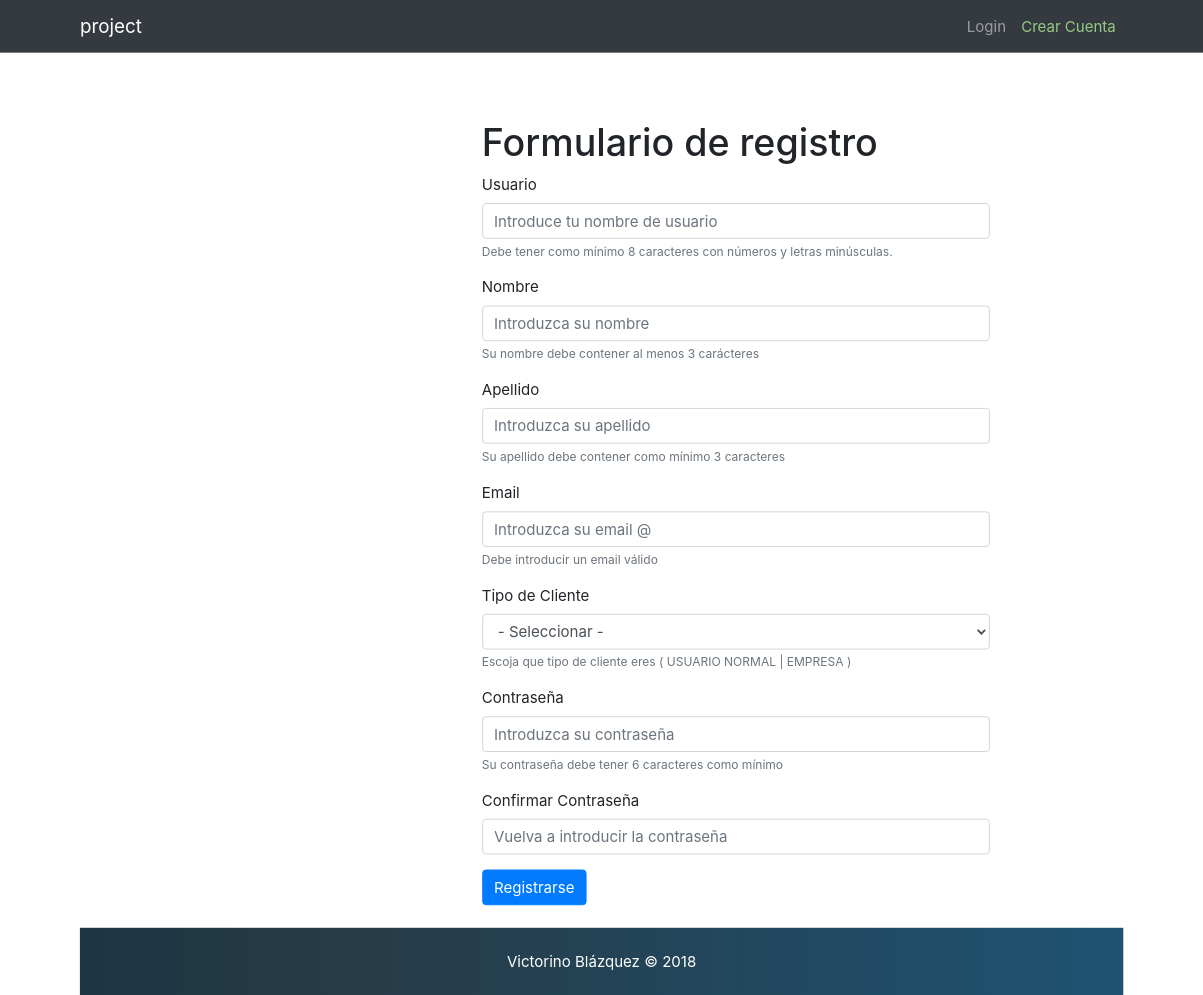
Repository: VictorinoBF97/ProjectPHP
Page: http://localhost/project/register/index.php
The author's editor kept a copy of each file at every save. The page is drawn from the files as they stood at one save, then again after the next save.
The browser window is 1280 px wide. The pictures show the whole page, at 94% of full size.
The page is run by PHP 8.4 with error messages shown; the project is at /var/www/html/.

Above is the page before, as saved 2018-11-18 10:03:20.

### register/index.php
<?php

if(isset($_POST['register'])){
    // Cargar datos del formulario
    $name = $_POST['name'] ?? null;
    $email = $_POST['email'] ?? null;
    $password = $_POST['password'] ?? null;
    $password_confirmation = $_POST['password_confirmation'] ?? null;

    $errores=[];

    //Validar los datos
            // username:
            if ( empty($name) ){
                $errors['name']['empty'] = "Debes introducir un nombre.";
                $name = null;
            }
            if ( strlen($name) < 8 ) {
                $errors['username']['length'] = "El nombre de usuario debe tener al menos 8 caracteres.";
                $name = null;
            }
            if ( !preg_match("/[0-9a-z]+/",$name) ){
                $errors['username']['format'] = "La contraseña solo admite números y letras minúsculas.";
                $name = null;
            }

            // email:
            if ( empty($email) ){
                $errors['email']['empty'] = "Debes introducir un email.";
                $email = null;
            }
            if( !filter_var($email, FILTER_VALIDATE_EMAIL) ){
                $errors['email']['format'] = "Debes introducir un email válido.";
                $email = null;
            }

            // password:
            if ( empty($password) ){
                $errors['password']['empty'] = "Debes facilitar una contraseña.";
            }

            if ( strlen($password) < 6 ) {
                $errors['password']['length'] = "La contraseña debe tener al menos 6 caracteres.";
            }
            if ( empty($password_confirmation) ){
                $errors['passwordconf']['empty'] = "Debes confirmar la contraseña.";
            }
            if ( $password != $password_confirmation ){
                $errors['password_confirmation']['match'] = "Las contraseñas no coinciden.";
            }

    if (!empty($errores)){
        var_dump($errores);
        require_once 'register.view.php';
    }
}else{

    //Mostrar el formulario
    require_once 'register.view.php';
}

### register/register.view.php
<?php
    require_once '../setup.php';
    require_once '../includes/header.php';
?>
<div class="container">
    <div class="row justify-content-center mt-5">
        <div class="offset-3 col-6 pt-4 pb-4">
            <h1>Formulario de registro</h1>
            <form action="" method="POST">

            <!--NOMBRE USUARIO-->
            <div class="form-group">
                        <label for="username">Usuario</label>
                        <input type="text" class="form-control <?=(isset($errores["username"]))?"is-invalid":"";?>"id="username" name="username" aria-describedby="nameHelp" placeholder="Introduce tu nombre de usuario">
                        <small id="userHelp" class="form-text text-muted">Debe tener como mínimo 8 caracteres con números y letras minúsculas.</small>

                        <!-- MENSAJE DE ERROR -->
                        <?php if(isset($errores["username"])): ?>
                            <div class="invalid-feedback">
                                <ul>
                                    <?php foreach($errores["username"] as $message): ?>
                                        <li><?=$message?></li>
                                    <?php endforeach; ?>
                                </ul>
                            </div>
                        <?php endif; ?>
                    </div>

            <!-- NOMBRE DEL CLIENTE-->
            <div class="form-group">
                        <label for="name">Nombre</label>
                        <input type="text" class="form-control <?=(isset($errores["name"]))?"is-invalid":"";?>"id="name" name="name" aria-describedby="nameHelp" placeholder="Introduzca su nombre">
                        <small id="nameHelp" class="form-text text-muted">Su nombre debe contener al menos 3 carácteres </small>

                        <!-- MENSAJE DE ERROR -->
                        <?php if(isset($errores["name"])): ?>
                            <div class="invalid-feedback">
                                <ul>
                                    <?php foreach($errores["name"] as $message): ?>
                                        <li><?=$message?></li>
                                    <?php endforeach; ?>
                                </ul>
                            </div>
                        <?php endif; ?>
                    </div>

            <!-- APELLIDO DEL CLIENTE-->
            <div class="form-group">
                        <label for="surname">Apellido</label>
                        <input type="text" class="form-control <?=(isset($errores["surname"]))?"is-invalid":"";?>"id="surname" name="surname" aria-describedby="nameHelp" placeholder="Introduzca su apellido">
                        <small id="emailHelp" class="form-text text-muted">Su apellido debe contener como mínimo 3 caracteres </small>

                        <!-- MENSAJE DE ERROR -->
                        <?php if(isset($errores["surname"])): ?>
                            <div class="invalid-feedback">
                                <ul>
                                    <?php foreach($errores["surname"] as $message): ?>
                                        <li><?=$message?></li>
                                    <?php endforeach; ?>
                                </ul>
                            </div>
                        <?php endif; ?>
                    </div>

            <!-- EMAIL DE CONTACTO -->
            <div class="form-group">
                        <label for="email">Email</label>
                        <input type="email" class="form-control <?=(isset($errores["email"]))?"is-invalid":"";?>" id="email" name="email" aria-describedby="emailHelp" placeholder="Introduzca su email @">
                        <small id="emailHelp" class="form-text text-muted">Debe introducir un email válido</small>

                        <!-- MENSAJE DE ERROR -->
                        <?php if(isset($errores["email"])): ?>
                            <div class="invalid-feedback">
                                <ul>
                                    <?php foreach($errores["email"] as $message): ?>
                                        <li><?=$message?></li>
                                    <?php endforeach; ?>
                                </ul>
                            </div>
                        <?php endif; ?>
                    </div>

            <!-- TIPO DE CUENTA -->
            <div class="form-group">
                        <label for="cuenta">Tipo de Cliente</label>
                        <select class="form-control <?=(isset($errores["cuenta"]))?"is-invalid":"";?>" id="cuenta" name="cuenta" aria-describedby="cuentaHelp">
                            <option value="">- Seleccionar -</option>
                            <option value="N">Usuario normal</option>
                            <option value="E">Empresa</option>
                        </select>
                        <small id="cuentaHelp" class="form-text text-muted">Escoja que tipo de cliente eres ( USUARIO NORMAL | EMPRESA )</small>
                        <?php if(isset($errores["cuenta"])): ?>
                            <div class="invalid-feedback">
                                <ul>
                                    <?php foreach($errores["cuenta"] as $message): ?>
                                        <li><?=$message?></li>
                                    <?php endforeach; ?>
                                </ul>
                            </div>
                        <?php endif; ?>
                    </div>

            <!-- CONTRASEÑA -->
            <div class="form-group">
                        <label for="password">Contraseña</label>
                        <input type="password" class="form-control <?=(isset($errores["password"]))?"is-invalid":"";?>" id="password" name="password" placeholder="Introduzca su contraseña">
                        <small id="passwordHelp" class="form-text text-muted">Su contraseña debe tener 6 caracteres como mínimo</small>
                        <?php if(isset($errores["password"])): ?>
                            <div class="invalid-feedback">
                                <ul>
                                    <?php foreach($errores["password"] as $message): ?>
                                        <li><?=$message?></li>
                                    <?php endforeach; ?>
                                </ul>
                            </div>
                        <?php endif; ?>
                    </div>

            <!-- CONFIRMACION DE LA CONTRASEÑA -->
            <div class="form-group">
                        <label for="password_confirmation">Confirmar Contraseña</label>
                        <input type="password" class="form-control <?=(isset($errores["password_confirmation"]))?"is-invalid":"";?>" id="password_confirmation" name="password_confirmation" placeholder="Vuelva a introducir la contraseña">
                        <?php if(isset($errores["password_confirmation"])): ?>
                            <div class="invalid-feedback">
                                <ul>
                                    <?php foreach($errores["password_confirmation"] as $message): ?>
                                        <li><?=$message?></li>
                                    <?php endforeach; ?>
                                </ul>
                            </div>
                        <?php endif; ?>
                    </div>





            <button type="submit" name="registro" class="btn btn-primary">Registrarse</button>
        </form>
    </div>
</div>
<!-- END BODY -->
<?php require_once '../includes/footer.php'; ?>

### setup.php
<?php
//Construimos la URL
//TAREA: AÑADIR SOPORTE PARA EL PUERTO
$url = $_SERVER['REQUEST_SCHEME']."://";
$serverName = $_SERVER['SERVER_NAME']."/";
$urlParts = explode("/",$_SERVER['REQUEST_URI']);
    $request = $urlParts[1];

/** URL principal de la aplicación */
define ('APP_URL', $url.$serverName.$request);

/** Directorio principal de la aplicación en el servidor */
define ('APP_PATH', __DIR__);

/** Nombre de la aplicación */
define ('APP_NAME','project');

// Iniciar la sesion
session_start();

### includes/header.php
<!doctype html>
<html lang="es">
  <head>
    <!-- Required meta tags -->
    <meta charset="utf-8">
    <meta name="viewport" content="width=device-width, initial-scale=1, shrink-to-fit=no">

    <!-- Bootstrap CSS -->
    <link rel="stylesheet" href="https://stackpath.bootstrapcdn.com/bootstrap/4.1.3/css/bootstrap.min.css" integrity="sha384-MCw98/SFnGE8fJT3GXwEOngsV7Zt27NXFoaoApmYm81iuXoPkFOJwJ8ERdknLPMO" crossorigin="anonymous">
    <link rel="stylesheet" href="<?=APP_URL?>css/style.css">

    <title>Autoparts</title>

  </head>

  <body>
  <!-- Header -->
  <nav class="navbar navbar-expand-lg navbar-dark bg-dark">
    <div class="container">
      <a class="navbar-brand" href="http://localhost/project/">
          <?=APP_NAME?>
      </a>
  <button class="navbar-toggler" type="button" data-toggle="collapse" data-target="#navbarSupportedContent" aria-controls="navbarSupportedContent" aria-expanded="false" aria-label="Toggle navigation">
    <span class="navbar-toggler-icon"></span>
  </button>

  <div class="collapse navbar-collapse" id="navbarSupportedContent">
    <ul class="navbar-nav ml-auto">
      <?php if (!isset($_SESSION['userdata']) ): ?>
      <li class="nav-item">
          <a class="nav-link" href="<?=APP_URL?>login">Login <span class="sr-only">(current)</span></a>
      </li>
        <li class="nav-item">
          <a class="nav-link link-important" href="<?=APP_URL?>register">Crear Cuenta</a>
        </li>
      <?php else:?>
          <li class="nav-item">
            <a class="nav-link" href="<?=APP_URL?>perfil"><?=$_SESSION["userdata"]["username"]?></a>
          </li>
          <li class="nav-item">
            <a class="nav-link link important" href="<?=APP_URL?>logout">Cerrar Sesión</a>
          </li>
      <?php endif; ?>
      </ul>
    </div>
  </div>
</nav>
<!-- End Header -->

    <!-- Optional JavaScript -->
    <!-- jQuery first, then Popper.js, then Bootstrap JS -->
    <!-- <script src="https://code.jquery.com/jquery-3.3.1.slim.min.js" integrity="sha384-q8i/X+965DzO0rT7abK41JStQIAqVgRVzpbzo5smXKp4YfRvH+8abtTE1Pi6jizo" crossorigin="anonymous"></script>
    <script src="https://cdnjs.cloudflare.com/ajax/libs/popper.js/1.14.3/umd/popper.min.js" integrity="sha384-ZMP7rVo3mIykV+2+9J3UJ46jBk0WLaUAdn689aCwoqbBJiSnjAK/l8WvCWPIPm49" crossorigin="anonymous"></script>
    <script src="https://stackpath.bootstrapcdn.com/bootstrap/4.1.3/js/bootstrap.min.js" integrity="sha384-ChfqqxuZUCnJSK3+MXmPNIyE6ZbWh2IMqE241rYiqJxyMiZ6OW/JmZQ5stwEULTy" crossorigin="anonymous"></script>
  </body>
</html> -->

### includes/footer.php
<footer id="footer" class="pb-4 pt-4">
    <div class="container">
        <div class="row text-center">
            <div class="col-12 col-lg">
                Victorino Blázquez &copy; 2018
            </div>
        </div>
    </div>
</footer>

<!-- Optional JavaScript -->
    <!-- jQuery first, then Popper.js, then Bootstrap JS -->
    <script src="https://code.jquery.com/jquery-3.3.1.slim.min.js" integrity="sha384-q8i/X+965DzO0rT7abK41JStQIAqVgRVzpbzo5smXKp4YfRvH+8abtTE1Pi6jizo" crossorigin="anonymous"></script>
    <script src="https://cdnjs.cloudflare.com/ajax/libs/popper.js/1.14.3/umd/popper.min.js" integrity="sha384-ZMP7rVo3mIykV+2+9J3UJ46jBk0WLaUAdn689aCwoqbBJiSnjAK/l8WvCWPIPm49" crossorigin="anonymous"></script>
    <script src="https://stackpath.bootstrapcdn.com/bootstrap/4.1.3/js/bootstrap.min.js" integrity="sha384-ChfqqxuZUCnJSK3+MXmPNIyE6ZbWh2IMqE241rYiqJxyMiZ6OW/JmZQ5stwEULTy" crossorigin="anonymous"></script>

    </body>
</html>

### css/style.css
#footer {
    background: linear-gradient(90deg, #1c3643, #273b47 25%, #1e5372);
    color: white;
}

#footer a {
    color: white;
}

#header img {
    width: 80px;
}

.link-important {
    color: #97c983 !important;
}

After the next save:
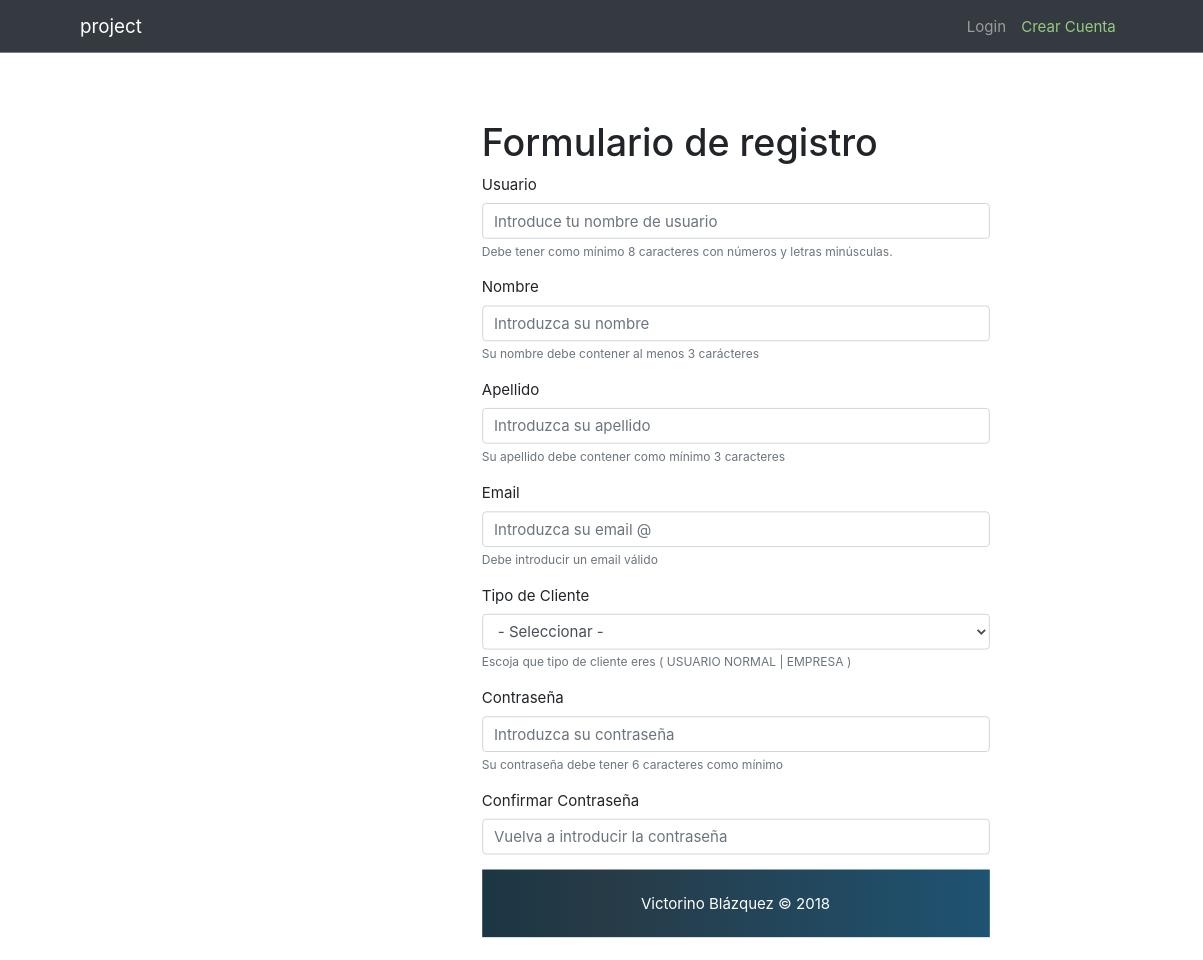
Saved 12 s later.
--- a/register/register.view.php
+++ b/register/register.view.php
@@ -134,7 +134,7 @@
 
 
 
-
+            <!--ENVÍO DE
             <button type="submit" name="registro" class="btn btn-primary">Registrarse</button>
         </form>
     </div>

After the save that followed:
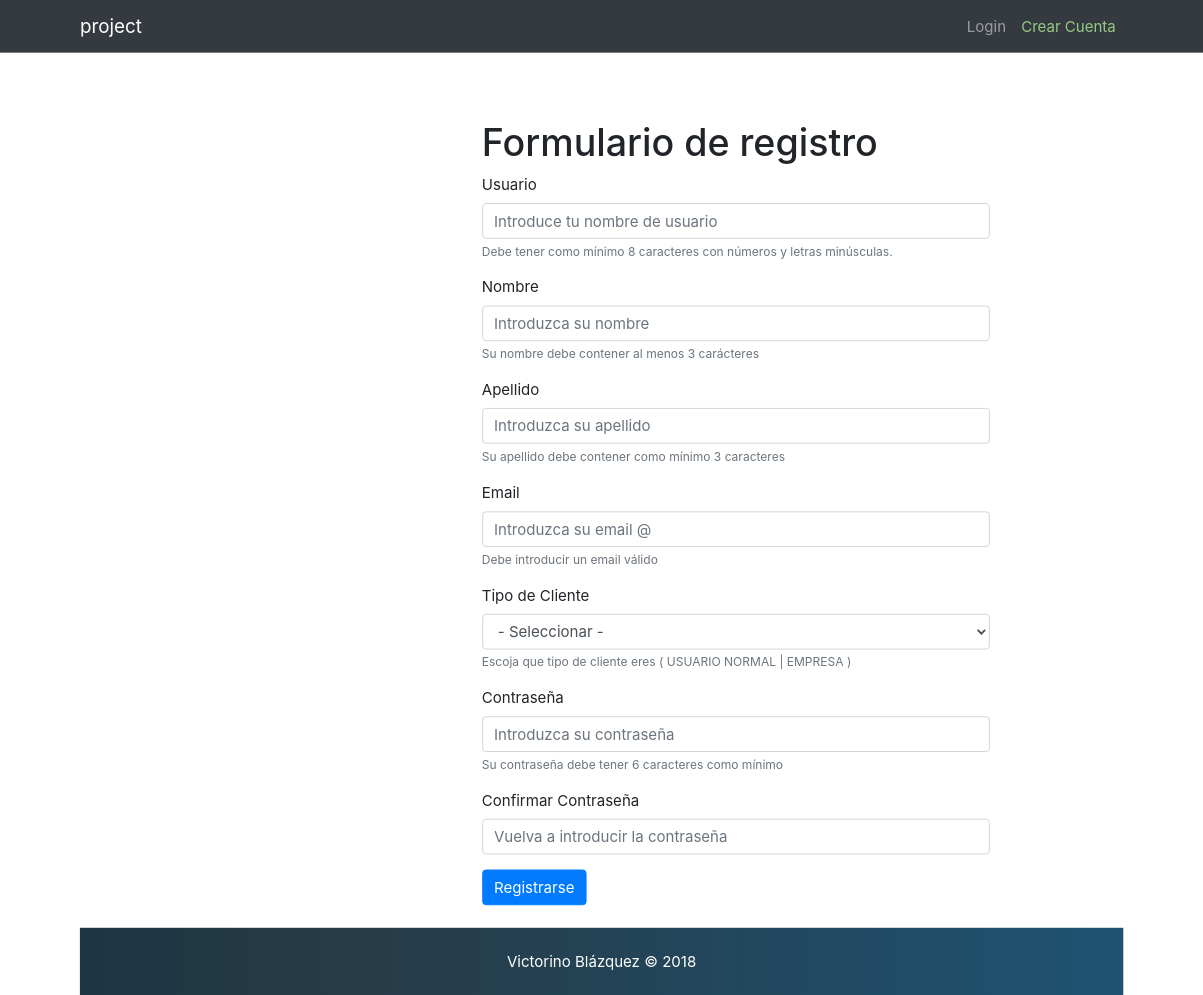
Saved 4 s later.
--- a/register/register.view.php
+++ b/register/register.view.php
@@ -134,7 +134,7 @@
 
 
 
-            <!--ENVÍO DE
+            <!--ENVÍO DEL FORMULARIO -->
             <button type="submit" name="registro" class="btn btn-primary">Registrarse</button>
         </form>
     </div>
